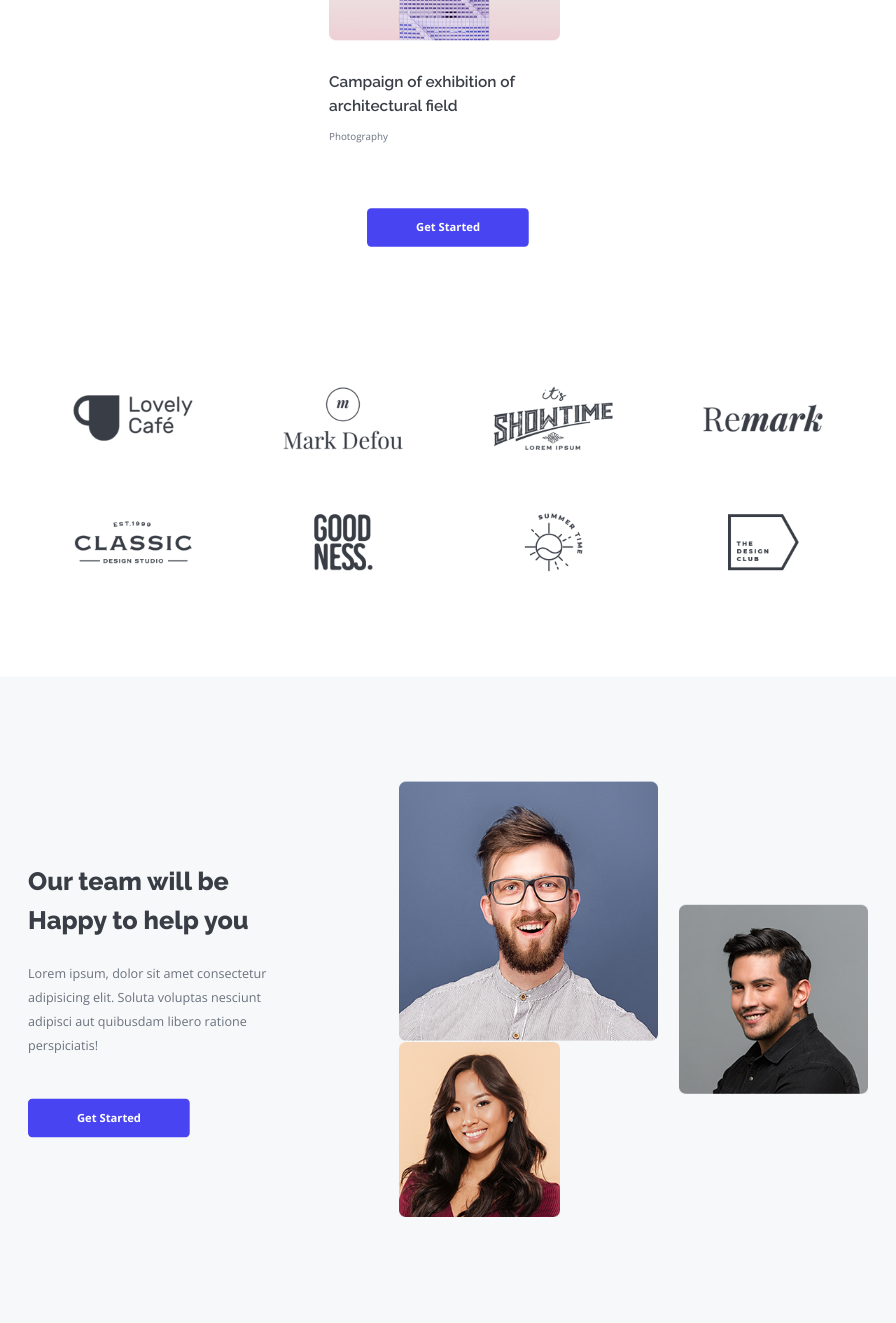
Repository: kate30980/LP-practiceoctavian
Page: index.html
These files come from the project's save history. The page is drawn as it stood at one moment and after the next save; the edit follows.
The browser window is 1280 px wide. The pictures show the part of the page from y = 3112 to 5032 px (the page is 5002 px tall before and 5032 px after), at 70% of full size.
The style sheet was rebuilt from its Sass, Less or Tailwind sources for each picture, by a compiler version that may differ from the author's.

Above is the page before, as saved 2021-08-25 16:23:14.

### index.html
<!DOCTYPE html>
<html lang="en">

<head>
    <meta charset="UTF-8">
    <meta http-equiv="X-UA-Compatible" content="IE=edge">
    <meta name="viewport" content="width=device-width, initial-scale=1.0">
    <title>Octavian LP</title>
    <script type="module" src="https://unpkg.com/ionicons@5.5.2/dist/ionicons/ionicons.esm.js"></script>
    <script nomodule src="https://unpkg.com/ionicons@5.5.2/dist/ionicons/ionicons.js"></script>
    <link rel="preconnect" href="https://fonts.googleapis.com">
    <link rel="preconnect" href="https://fonts.gstatic.com" crossorigin>
    <link
        href="https://fonts.googleapis.com/css2?family=Open+Sans:wght@300;400;600;700&family=Raleway:wght@600;700;800&display=swap"
        rel="stylesheet">
    <link rel="stylesheet" href="css/app.css">
</head>

<body>
    <header class="header">
        <div class="container">
            <div class="header-main">
                <img src="./images/logo.png" alt="logo-header" class="header-logo">
                <div class="navigation">
                    <p class="header-phone">Phone: <span>+055 - 951 237 851</span></p>
                    <img src="./images/icon-search.png" alt="" class="icon-search">
                    <img src="./images/icon-bars.png" alt="" class="icon-toggle">
                </div>
            </div>
        </div>
    </header>
    <main>
        <section class="hero">
            <img src="./images/img1.png" alt="img-header" class="hero-image">
            <div class="container">
                <div class="hero-content">
                    <h2 class="hero-caption second-font">creative & digital</h2>
                    <h1 class="hero-heading second-font">Agency</h1>
                    <a href="#" class="hero-link">Purchase Now</a>
                </div>
            </div>
        </section>
        <section class="portfolio">
            <div class="container">
                <div class="portfolio-list">
                    <div class="portfolio-column">
                        <div class="portfolio-item">
                            <div class="portfolio-image">
                                <img src="./images/img2.png" alt="img2">
                            </div>
                            <h3 class="portfolio-title second-font">Campaign of exhibition of architectural field</h3>
                            <div class="portfolio-category">Photography</div>
                        </div>
                        <div class="portfolio-item">
                            <div class="portfolio-image">
                                <img src="./images/img3.png" alt="img2">
                            </div>
                            <h3 class="portfolio-title second-font">Campaign of exhibition of architectural field</h3>
                            <div class="portfolio-category">Photography</div>
                        </div>
                        <div class="portfolio-item">
                            <div class="portfolio-image">
                                <img src="./images/img4.png" alt="img2">
                            </div>
                            <h3 class="portfolio-title second-font">Campaign of exhibition of architectural field</h3>
                            <div class="portfolio-category">Photography</div>
                        </div>
                    </div>
                    <div class="portfolio-column">
                        <div class="portfolio-item">
                            <div class="portfolio-image">
                                <img src="./images/img5.png" alt="img2">
                            </div>
                            <h3 class="portfolio-title second-font">Campaign of exhibition of architectural field</h3>
                            <div class="portfolio-category">Photography</div>
                        </div>
                        <div class="portfolio-item">
                            <div class="portfolio-image">
                                <img src="./images/img6.png" alt="img2">
                            </div>
                            <h3 class="portfolio-title second-font">Campaign of exhibition of architectural field</h3>
                            <div class="portfolio-category">Photography</div>
                        </div>
                        <div class="portfolio-item">
                            <div class="portfolio-image">
                                <img src="./images/img7.png" alt="img2">
                            </div>
                            <h3 class="portfolio-title second-font">Campaign of exhibition of architectural field</h3>
                            <div class="portfolio-category">Photography</div>
                        </div>
                        <div class="portfolio-item">
                            <div class="portfolio-image">
                                <img src="./images/img8.png" alt="img2">
                            </div>
                            <h3 class="portfolio-title second-font">Campaign of exhibition of architectural field</h3>
                            <div class="portfolio-category">Photography</div>
                        </div>
                    </div>
                    <div class="portfolio-column">
                        <div class="portfolio-item">
                            <div class="portfolio-image">
                                <img src="./images/img9.png" alt="img2">
                            </div>
                            <h3 class="portfolio-title second-font">Campaign of exhibition of architectural field</h3>
                            <div class="portfolio-category">Photography</div>
                        </div>
                        <div class="portfolio-item">
                            <div class="portfolio-image">
                                <img src="./images/img10.png" alt="img2">
                            </div>
                            <h3 class="portfolio-title second-font">Campaign of exhibition of architectural field</h3>
                            <div class="portfolio-category">Photography</div>
                        </div>
                        <div class="portfolio-item">
                            <div class="portfolio-image">
                                <img src="./images/img11.png" alt="img2">
                            </div>
                            <h3 class="portfolio-title second-font">Campaign of exhibition of architectural field</h3>
                            <div class="portfolio-category">Photography</div>
                        </div>
                    </div>
                </div>
                <a href="" class="btn btn--primary portfolio-link">
                    Get Started
                </a>
            </div>
        </section>
        <section class="partner">
            <div class="container">
                <div class="partner-main">
                    <div class="partner-item">
                        <img src="./images/logo1.png" alt="logo1">
                    </div>
                    <div class="partner-item">
                        <img src="./images/logo2.png" alt="logo1">
                    </div>
                    <div class="partner-item">
                        <img src="./images/logo3.png" alt="logo1">
                    </div>
                    <div class="partner-item">
                        <img src="./images/logo4.png" alt="logo1">
                    </div>
                    <div class="partner-item">
                        <img src="./images/logo5.png" alt="logo1">
                    </div>
                    <div class="partner-item">
                        <img src="./images/logo6.png" alt="logo1">
                    </div>
                    <div class="partner-item">
                        <img src="./images/logo7.png" alt="logo1">
                    </div>
                    <div class="partner-item">
                        <img src="./images/logo8.png" alt="logo1">
                    </div>
                </div>
            </div>
        </section>
        <section class="team">
            <div class="container">
                <div class="team-main">
                    <div class="team-content">
                        <h2 class="team-heading second-font">Our team will be Happy to help you</h2>
                        <p class="team-desc">Lorem ipsum, dolor sit amet consectetur adipisicing elit. Soluta voluptas
                            nesciunt adipisci aut quibusdam libero ratione perspiciatis!</p>
                        <a href="#" class="btn btn--primary">Get Started</a>
                    </div>
                    <div class="team-images">
                        <div class="team-column">
                            <div class="team-image">
                                <img src="./images/team1.png" alt="team">
                            </div>
                            <div class="team-image">
                                <img src="./images/team2.png" class="team-img2" alt="team">
                            </div>
                        </div>
                        <div class="team-column">
                            <div class="team-image">
                                <img src="./images/team3.png" alt="team">
                            </div>
                        </div>
                    </div>
                </div>
            </div>
        </section>
    </main>
</body>

</html>

### sass/app.scss
@import "variables";
@import "function";
@import "reset";
@import "base";
@import "header";
@import "hero";
@import "portfolio";
@import "partner";
@import "team";

### sass/_variables.scss
$primary-font: "Open sans", sans-serif;
$secondary-font: "Raleway", sans-serif;
$gray: #393e46;
$gray-light: #6a727f;
$blue-color: #4944F2;
$gray-lighter: #f7f8f9;

### sass/_function.scss
@function lineH($s, $h){
    @return $s / $h;
}

### sass/_base.scss
body{
    font-family: $primary-font;
    font-size: 16px;
    line-height:1;
    color: $gray-light;
    max-width: 1920px;
    margin: 0 auto;
}
.container{
    max-width: 1200px;
    margin: 0 auto;
    padding:0 15px;
}
.second-font{
    font-family: $secondary-font;
    color: $gray;
}

.btn{
    cursor: pointer;
    outline: none;
    display: inline-flex;
    justify-content: center;
    align-items: center;
    color: white;
    font-weight: bold;
    font-size: 16px;
    font-family: 'Open sans',sans-serif;
    height: 55px;
    padding: 0 70px;
    border-radius: 6px;
    &--primary{
        background-color: $blue-color;
        text-decoration: none;
    }
}
h2{
    color: $gray;
}

### sass/_header.scss
.header{
    &-main{
         display: flex;
         justify-content: space-between;
         align-items: center;
         padding: 40px 0;
    }
    &-phone{
        color: $gray;
        font-weight: 300;
        span{
            font-weight: 600;
            margin-left: 15px;
        }
    }
}
.navigation{
    display: flex;
    align-items: center;
    gap: 0 60px;
}

### sass/_hero.scss
.hero{
    position: relative;
    margin-bottom: 200px;
    &-image{
        margin-left: auto;
        display: block;
    }
    &-content{
        position: absolute;
        top: 50%;
        transform: translateY(-50%);
        z-index: 2;
    }
    &-caption{
        font-size: 72px;
        font-weight: 600;
        color: black;
    }
    &-heading{
        font-weight: 800;font-size: 150px;
        text-transform: uppercase;
        margin-bottom: 40px;
        color: black;
    }
    &-link{
        font-size: 18px;
        text-decoration: underline;
        color: $gray-light;
        display: inline-block;
        font-weight: 600;
    }
}

### sass/_portfolio.scss
.portfolio{
    margin-bottom: 200px;
    &-list{
        display: grid;
        grid-template-columns: repeat(3,1fr);
        grid-gap: 0 90px;
        margin-bottom: 95px;
    }
    &-image{
        margin-bottom: 40px;
    }
    &-title{
        color: #393e46;
        font-size: 22px;
        line-height: 1.56;
        margin-bottom: 20px;
    }
    &-category{
        font-size: 14px;
    }
    &-column{
        display: flex;
        flex-direction: column;
        gap: 85px 0;
    }
    &-link{
        position: relative;
        left: 50%;
        transform: translateX(-50%);
        // ceterin, đưa phần tử ra giữa khung
    }
}

### sass/_partner.scss
.partner{
    margin-bottom: 150px;
    &-main{
        display: grid;
        grid-template-columns: repeat(4,1fr);
        grid-gap: 90px 0;
    }
    &-item{
        padding: 0 50px;
        display: flex;
        justify-content: center;
        align-items: center;
        transition: opacity 0.2 linear;
        cursor: pointer;
        &:hover{
            opacity: 0.1;
        }
    }
}

### sass/_team.scss
.team{
    padding: 150px 0;
    background-color: $gray-lighter;
    &-main{
        display: flex;
        align-items: center;
        // facenter
        justify-content: space-between;
    }
    &-content{
        max-width: 370px;
        flex-shrink: 0;
        width: 100%;
    }
    &-images{
        display: flex;
        align-items: center;
        gap: 0 30px;
    }
    &-img2{
        justify-content: end;
    }
    &-heading{
        font-size: 36px;
        font-weight: 800;
        line-height: 1.55;
        margin-bottom: 30px;
    }
    &-desc{
        font-size: 18px;
        line-height: lineH(34,18);
        margin-bottom: 60px;
    }

}

Loaded but not shown: sass/_reset.scss (common file)

After the next save:
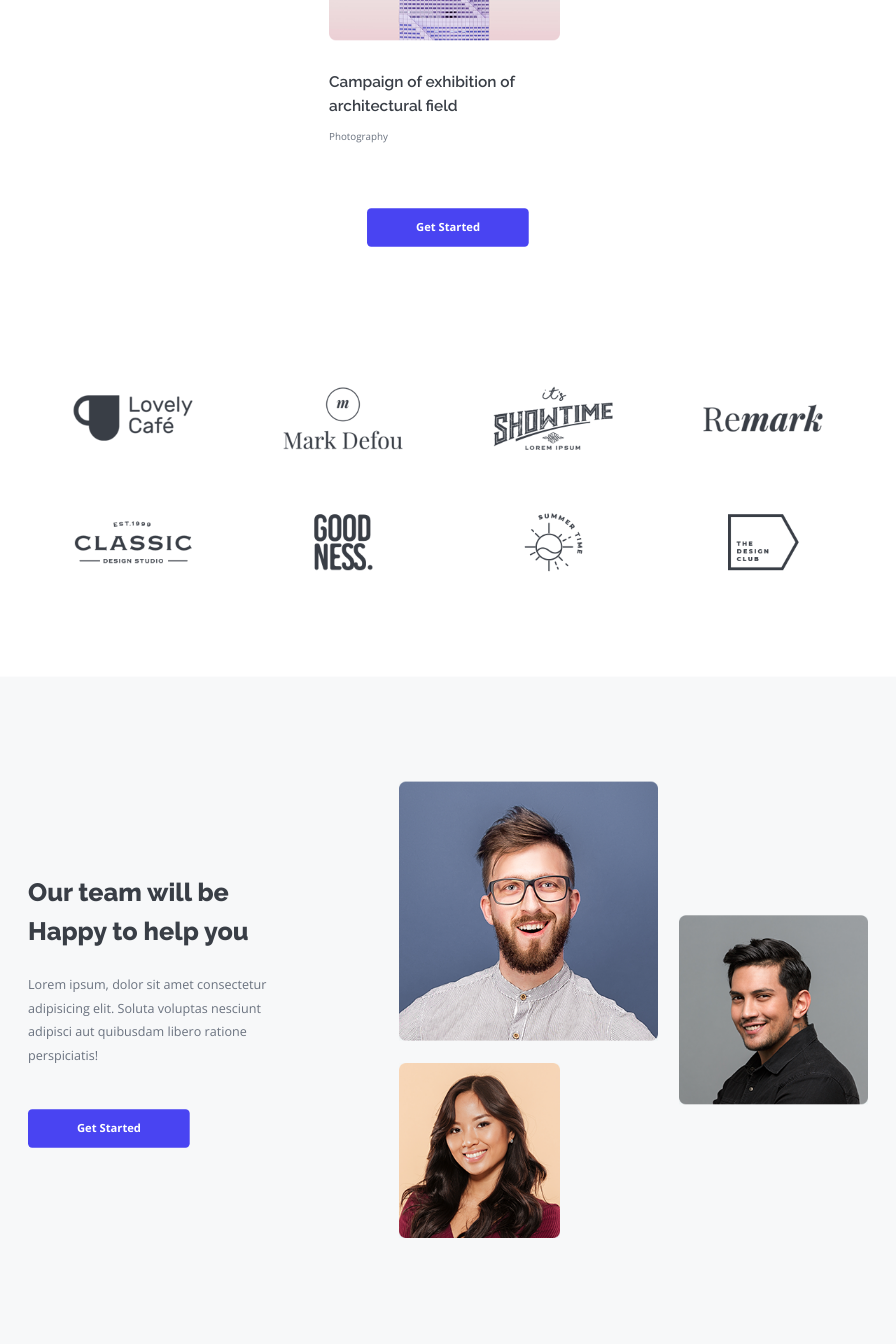
Saved 18 s later.
--- a/sass/_team.scss
+++ b/sass/_team.scss
@@ -18,7 +18,8 @@
         gap: 0 30px;
     }
     &-img2{
-        justify-content: end;
+        margin-top: 30px;
+        margin-left: auto;
     }
     &-heading{
         font-size: 36px;
